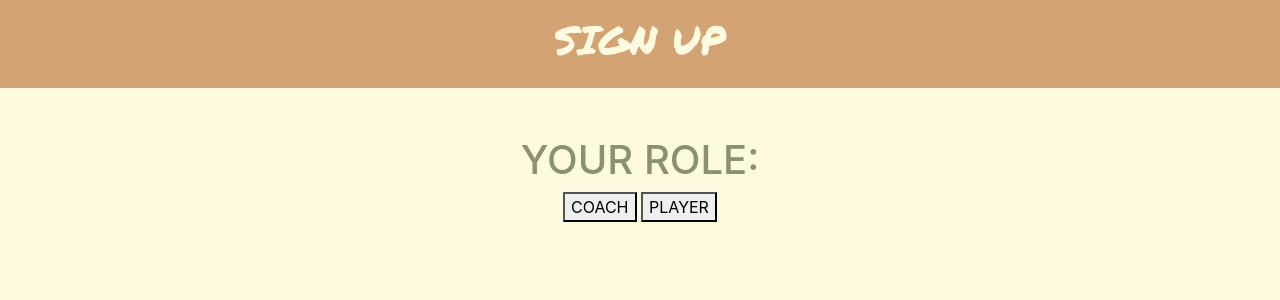
Repository: Aryaholmukhe/treasureHacks
Page: http://localhost/signup
These files come from the project's save history. The page is drawn as it stood at one moment and after the next save; the edit follows.
The browser window is 1280 px wide. The pictures show the whole page.
The page is served by the project's Node server (server.js).

Above is the page before, as saved 2022-03-27 00:22:55.

After the next save:
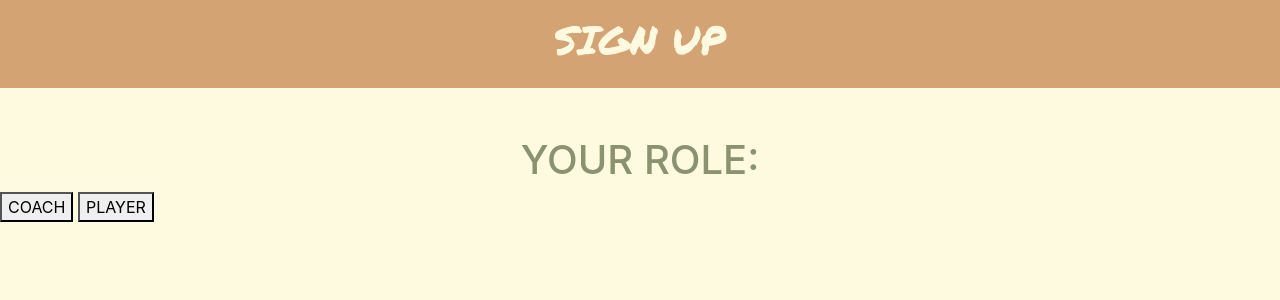
Saved 3 s later.
--- a/views/signup/signup.ejs
+++ b/views/signup/signup.ejs
@@ -19,7 +19,7 @@
 
     <h1 class="text-center mt-5" style="color: #8A926F">YOUR ROLE:</h1>
 
-    <div class="text-center">
+    <div class=" mt-4text-center">
     <a href="./coach" ><button name="coach">COACH</button></a>
     <a  href="./player"><button name="player">PLAYER</button></a>
     </div>
